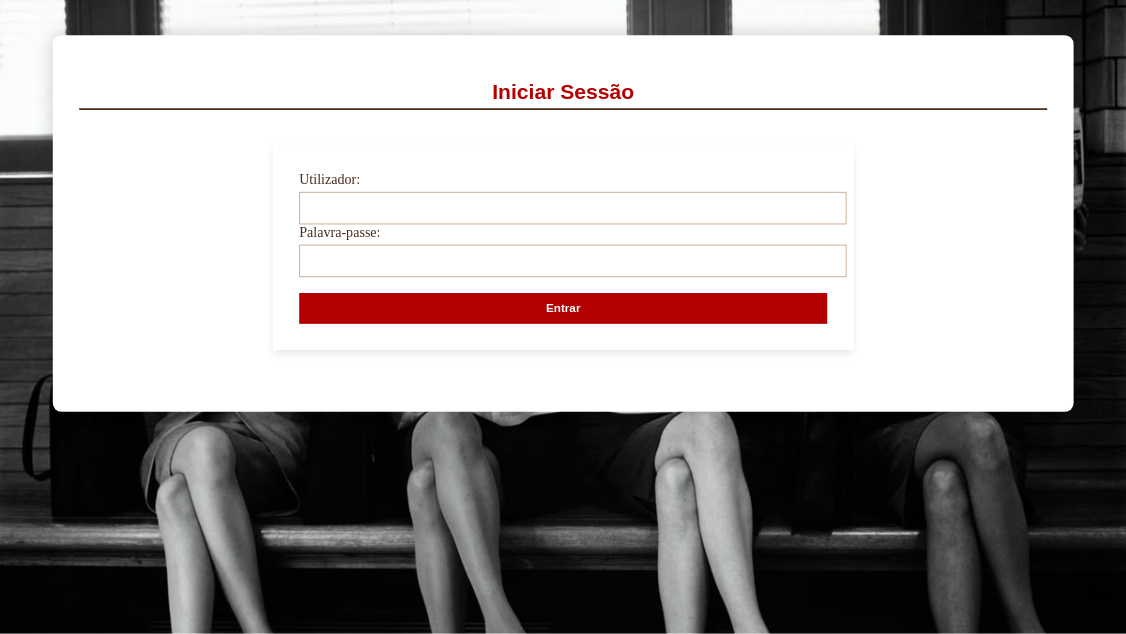
Repository: Sofiampsantos/Portal-de-Jornalismo-Escolar
Page: http://localhost/FormularioContacto/login.jsp
The author's editor kept a copy of each file at every save. The page is drawn from the files as they stood at one save, then again after the next save.
The browser window is 1280 px wide. The pictures show the whole page, at 88% of full size.
Backgrounds fixed to the window are drawn as part of the page. Some web fonts or font styles are not loaded; a fallback is used. The page is served by Tomcat 10.

Above is the page before, as saved 2026-05-24 14:46:22.

After the next save:
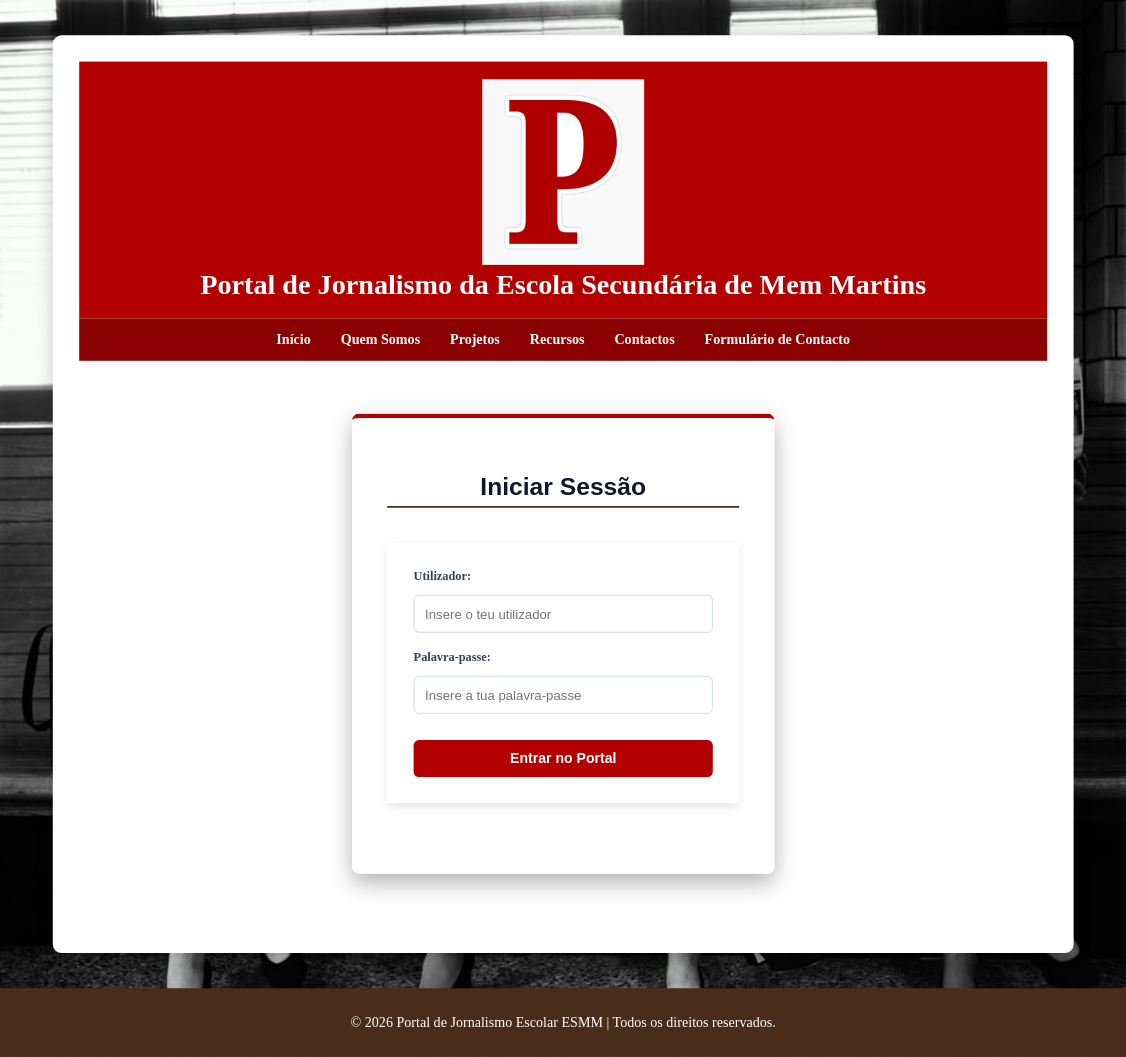
Saved 3 min 16 s later.
--- a/ProjetoProgV2/FormularioContacto/src/main/webapp/login.jsp
+++ b/ProjetoProgV2/FormularioContacto/src/main/webapp/login.jsp
@@ -2,32 +2,146 @@
 <!DOCTYPE html>
 <html>
 <head>
-    <meta charset="UTF-8">
-    <title>Portal de Jornalismo Escolar - ESMM - Login</title>
-    <link rel="stylesheet" type="text/css" href="${pageContext.request.contextPath}/styles/estilo.css">
+<meta charset="UTF-8">
+<title>Portal de Jornalismo Escolar - ESMM - Login</title>
+<link rel="stylesheet" type="text/css" href="styles/estilo.css">
+<style>
+    /* Estilos específicos para tornar a caixa de login muito mais bonita */
+    .login-box {
+        max-width: 400px;
+        margin: 60px auto;
+        padding: 40px;
+        background-color: rgba(255, 255, 255, 0.95); /* Branco com uma mini transparência elegante */
+        border-radius: 8px;
+        box-shadow: 0 10px 25px rgba(0, 0, 0, 0.3); /* Sombra para dar profundidade */
+        border-top: 5px solid #b30000; /* Linha vermelha de destaque no topo do card */
+    }
+
+    .login-box h2 {
+        text-align: center;
+        color: #0f172a;
+        margin-bottom: 30px;
+        font-family: 'League Spartan', Arial, sans-serif;
+        font-size: 28px;
+    }
+
+    .form-group {
+        margin-bottom: 20px;
+    }
+
+    .form-group label {
+        display: block;
+        margin-bottom: 8px;
+        color: #334155;
+        font-weight: bold;
+        font-size: 14px;
+    }
+
+    .form-group input {
+        width: 100%;
+        padding: 12px;
+        border: 1px solid #cbd5e1;
+        border-radius: 6px;
+        font-size: 15px;
+        box-sizing: border-box;
+        transition: all 0.3s ease;
+    }
+
+    /* Quando o utilizador clica no campo de texto */
+    .form-group input:focus {
+        border-color: #b30000;
+        outline: none;
+        box-shadow: 0 0 0 3px rgba(179, 0, 0, 0.1);
+    }
+
+    .btn-login {
+        width: 100%;
+        background-color: #b30000;
+        color: white;
+        padding: 12px;
+        border: none;
+        border-radius: 6px;
+        font-size: 16px;
+        font-weight: bold;
+        cursor: pointer;
+        transition: background-color 0.3s ease, transform 0.1s ease;
+        margin-top: 10px;
+    }
+
+    /* Efeito ao passar o rato no botão */
+    .btn-login:hover {
+        background-color: #8b0000;
+    }
+
+    /* Efeito ao clicar no botão */
+    .btn-login:active {
+        transform: scale(0.98);
+    }
+
+    .error-msg {
+        color: #d32f2f;
+        background-color: #ffebee;
+        padding: 10px;
+        border-radius: 4px;
+        text-align: center;
+        font-weight: bold;
+        margin-top: 20px;
+        border: 1px solid #ffcdd2;
+        font-size: 14px;
+    }
+</style>
 </head>
-<body style="background-image: url('${pageContext.request.contextPath}/img/jornmulheres.jpg'); background-size: cover; background-repeat: no-repeat; background-attachment: fixed; background-position: center;">
 
-<div class="container">
+<body style="background-image: url('img/jornmulheres.jpg'); background-size: cover; background-repeat: no-repeat; background-attachment: fixed; background-position: center;">
 
-    <h2 style="text-align: center; color: #b30000; font-family: 'League Spartan', Arial, sans-serif;">Iniciar Sessão</h2>
+  <div class="container">
 
-    <form action="LoginServlet" method="post">
-        <label>Utilizador:</label>
-        <input type="text" name="utilizador" required>
+    <header id="topo">
+        <img alt="Fotografia do Portal de Jornalismo Escolar"
+             src="img/logoP.jpg" style="width: 184px; height: 211px;">
+        <h1>Portal de Jornalismo da Escola Secundária de Mem Martins</h1>
+    </header>
 
-        <label>Palavra-passe:</label>
-        <input type="password" name="password" required>
+    <nav id="navegacao">
+        <ul>
+            <li><a href="index.jsp">Início</a></li>
+            <li><a href="quem_somos.html">Quem Somos</a></li>
+            <li><a href="projetos.html">Projetos</a></li>
+            <li><a href="recursos.html">Recursos</a></li>
+            <li><a href="contactos.html">Contactos</a></li>
+            <li><a href="contato.jsp">Formulário de Contacto</a></li>
+        </ul>
+    </nav>
 
-        <br><br>
-        <button type="submit" style="background-color: #b30000; color: white; padding: 10px 20px; border: none; cursor: pointer; font-weight: bold; width: 100%;">Entrar</button>
-    </form>
+    <div class="login-box">
+        <h2>Iniciar Sessão</h2>
 
-    <% if(request.getAttribute("erro") != null) { %>
-        <p style="color:red; font-weight:bold; text-align:center; margin-top: 15px;"><%= request.getAttribute("erro") %></p>
-    <% } %>
+        <form action="LoginServlet" method="post">
+            <div class="form-group">
+                <label>Utilizador:</label>
+                <input type="text" name="utilizador" placeholder="Insere o teu utilizador" required>
+            </div>
 
-</div>
+            <div class="form-group">
+                <label>Palavra-passe:</label>
+                <input type="password" name="password" placeholder="Insere a tua palavra-passe" required>
+            </div>
+
+            <button type="submit" class="btn-login">Entrar no Portal</button>
+        </form>
+
+        <% if(request.getAttribute("erro") != null) { %>
+            <div class="error-msg">
+                ⚠️ <%= request.getAttribute("erro") %>
+            </div>
+        <% } %>
+    </div>
+
+  </div>
+
+  <footer id="rodape">
+      <p>&copy; 2026 Portal de Jornalismo Escolar ESMM | Todos os direitos reservados.</p>
+  </footer>
 
 </body>
 </html>
